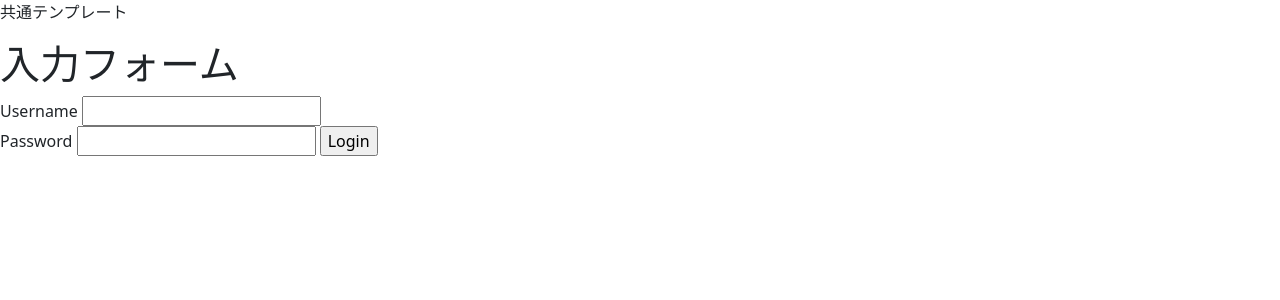
Repository: tt-nk/form-app
Page: http://localhost/login
An editor plug-in stored every save of this project. The page is shown before and after the next save, followed by the edit.
The browser window is 1280 px wide. The pictures show the whole page.
The page is served by the project's application, run on Flask 3 (app.py).

Above is the page before, as saved 2021-12-14 23:02:42.

### templates/form.html
{% extends 'base.html' %}
{% block content %}
<h1>入力フォーム</h1>
<form method="POST" action="{{url_for('form')}}">
    {{form.csrf_token}}
    {{ form.username.label }}
    {{ form.username }}
    <div>
        {% for error in form.username.errors %}
        <span style="color:red;">{{error}}</span>
        {% endfor %}
    </div>
    {{ form.password.label }}
    {{ form.password }}
    {{ form.submit}}
</form>
{% endblock %}

### templates/base.html
<!DOCTYPE html>
<html lang="en">

<head>
    <meta charset="UTF-8">
    <meta http-equiv="X-UA-Compatible" content="IE=edge">
    <meta name="viewport" content="width=device-width, initial-scale=1.0">
    <!-- CSS only -->
    <link href="https://cdn.jsdelivr.net/npm/bootstrap@5.0.0-beta1/dist/css/bootstrap.min.css" rel="stylesheet"
        integrity="sha384-giJF6kkoqNQ00vy+HMDP7azOuL0xtbfIcaT9wjKHr8RbDVddVHyTfAAsrekwKmP1" crossorigin="anonymous">
    <title>Document</title>
</head>

<body>
    <p>共通テンプレート</p>
    <!---メインコンテンツ-->
    {% block content %}
    {% endblock %}
    <script src="static/js/script.js"></script>
</body>

</html>

### app.py
import os
from flask import Flask, render_template, redirect
from flask_sqlalchemy import SQLAlchemy
from flask_login import UserMixin, LoginManager, login_required, login_user
from flask_wtf import FlaskForm
from wtforms import StringField, PasswordField, SubmitField
from wtforms.validators import InputRequired, Length

app = Flask(__name__)
app.config['SQLALCHEMY_DATABASE_URI'] = 'sqlite:///form.db'
app.config['SQLALCHEMY_TRACK_MODIFICATIONS'] = False
app.config['SECRET_KEY'] = os.urandom(24)
db = SQLAlchemy(app)

login_manager = LoginManager()
login_manager.init_app(app)


class User(UserMixin):
    def __init__(self, user_id):
        self.id = user_id


class LoginForm(FlaskForm):

    validators = [InputRequired(), Length(
        min=8, max=16, message='8文字以上16文字以内で入力して下さい。')]
    username = StringField('Username', validators)
    password = PasswordField('Password')
    submit = SubmitField('Login')


@login_manager.user_loader
def load_user(user_id):
    return User(user_id)


@app.route('/')
def index():
    return render_template('top.html')


@app.route('/main')
@login_required
def main():
    return render_template('main')


@app.route('/login', methods=['GET', 'POST'])
def form():
    form = LoginForm()
    return render_template('form.html', form=form)


if __name__ == '__main__':
    app.run(debug=True)

### static/js/script.js
alert("js読み込み完了");

After the next save:
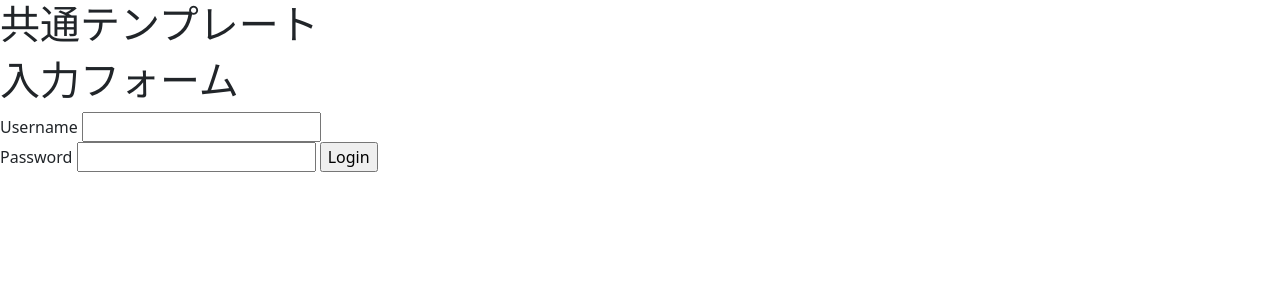
Saved 98 min 27 s later.
--- a/templates/base.html
+++ b/templates/base.html
@@ -12,7 +12,7 @@
 </head>
 
 <body>
-    <p>共通テンプレート</p>
+    <h1>共通テンプレート</h1>
     <!---メインコンテンツ-->
     {% block content %}
     {% endblock %}
